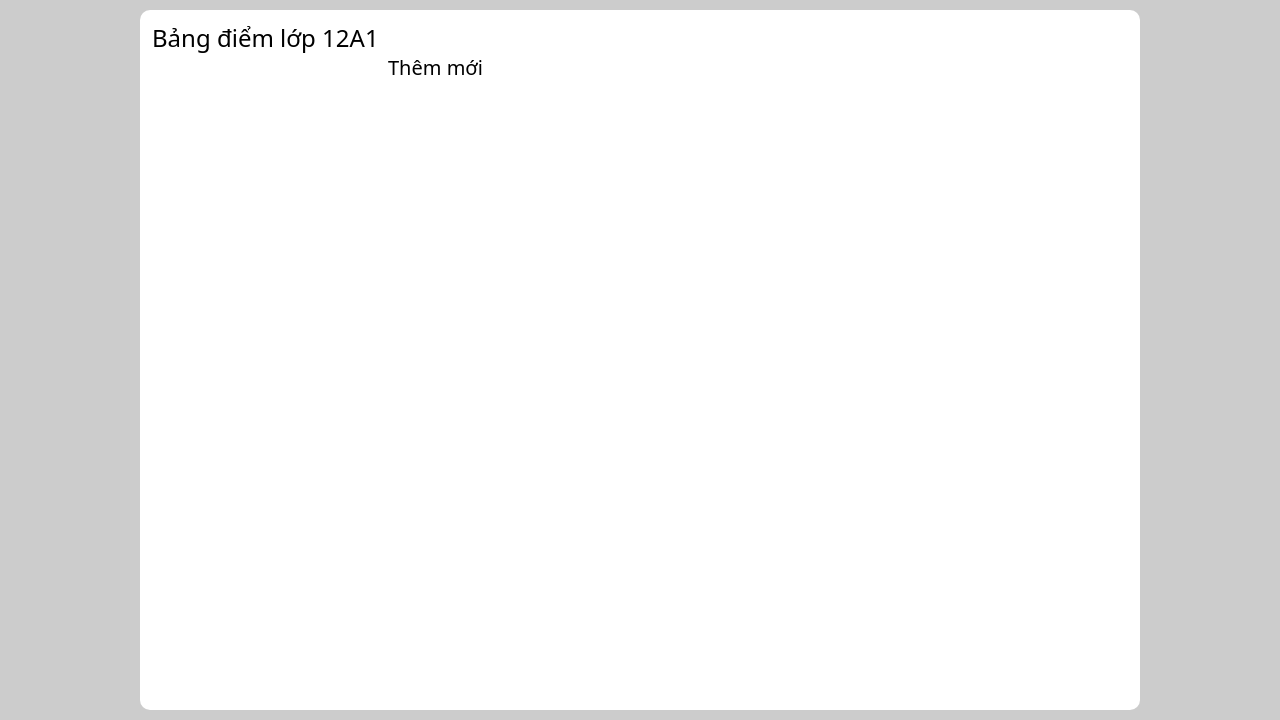
Repository: doducthuan/ReactJS-Movie
Page: /
These files come from the project's save history. The page is drawn as it stood at one moment and after the next save; the edit follows.
The browser window is 1280 px wide. The pictures show the whole page.
The project was rebuilt for these pictures with package versions that can differ from the ones it lists, and the page was loaded fresh each time. Also part of the build but not shown: src/App.css.

Above is the page before, as saved 2024-01-13 05:47:04.

After the next save:
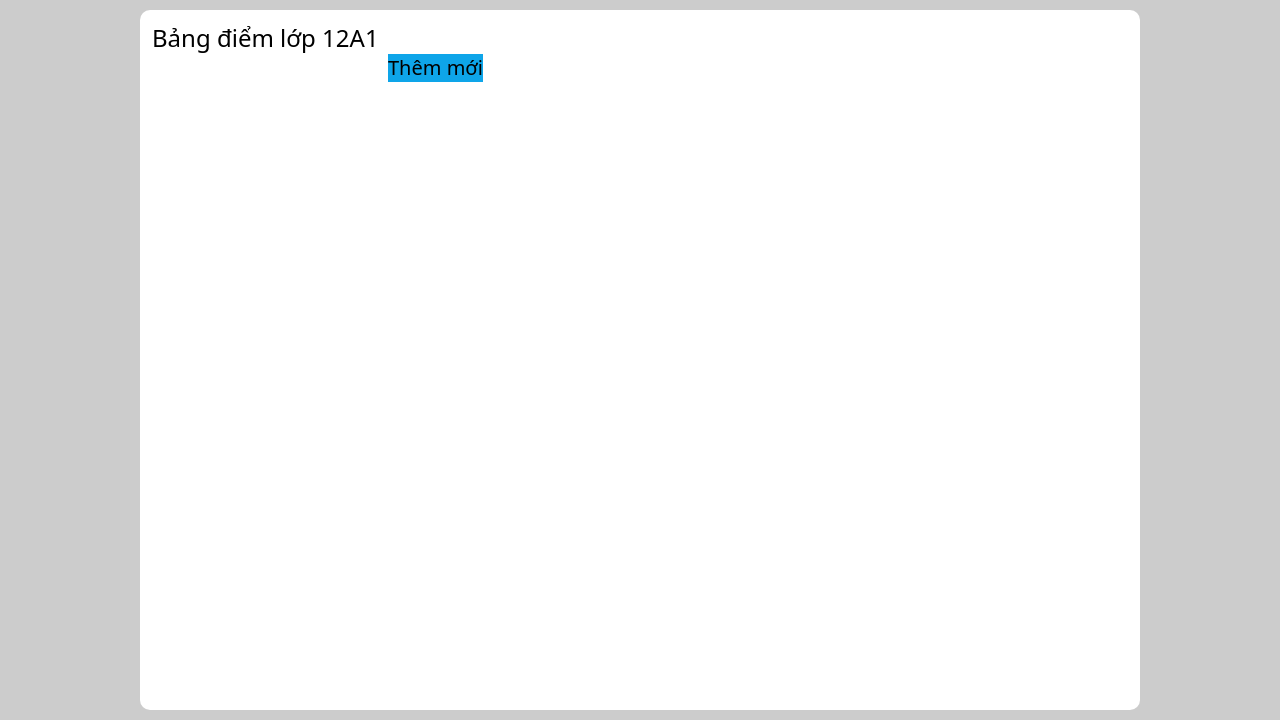
Saved 40 s later.
--- a/src/components/students/Students.js
+++ b/src/components/students/Students.js
@@ -7,7 +7,7 @@ const Students = () => {
                 <p className="font-sans text-2xl ml-3 mt-3">Bảng điểm lớp 12A1</p>
                 <div>
                     <input className="search-all"/>
-                    <button className="font-sans text-xl">Thêm mới</button>
+                    <button className="font-sans text-xl bg-sky-500">Thêm mới</button>
                 </div>
             </div>
         </div>
